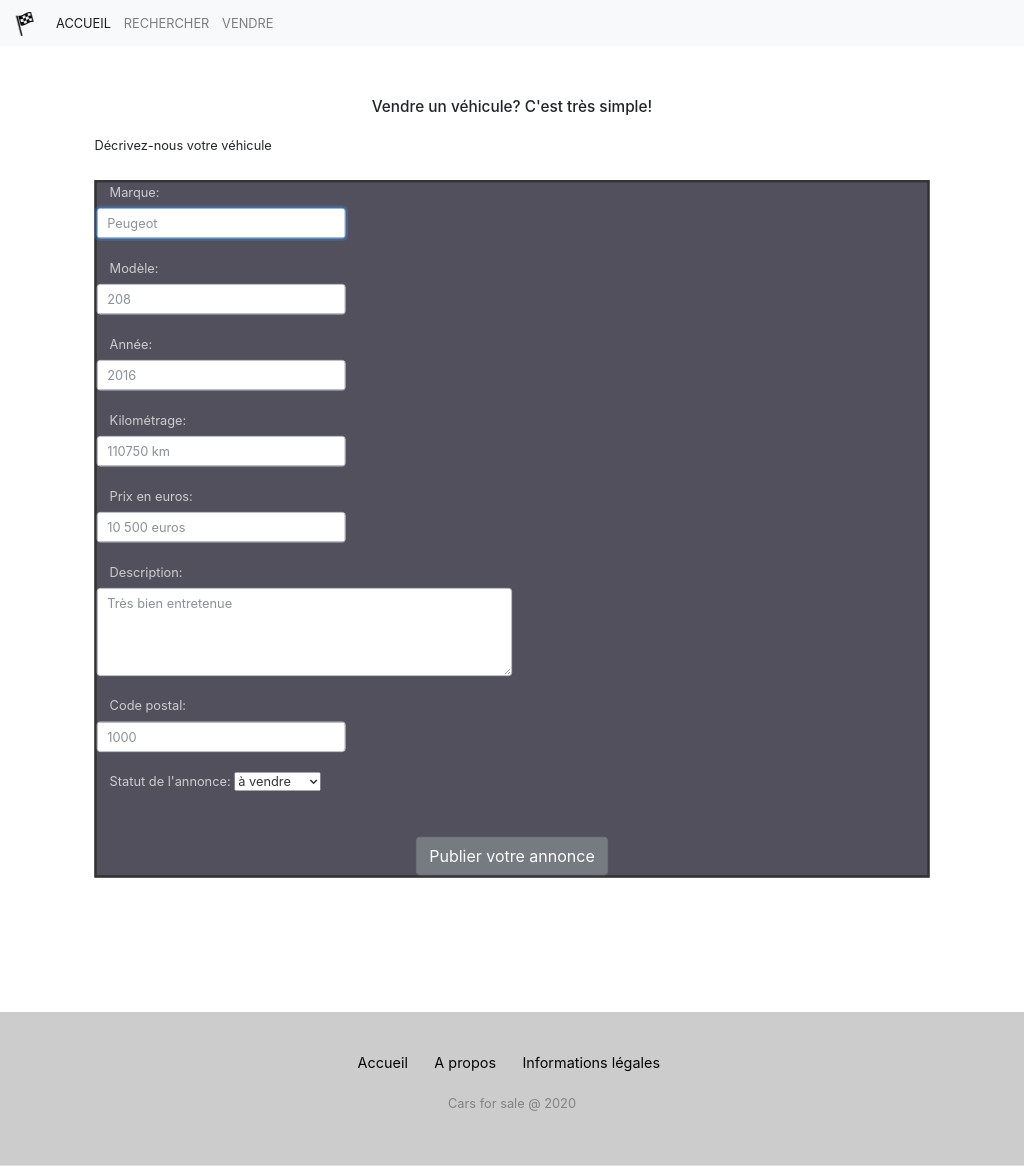
Repository: JonasvanHoorebeke/node_project_carforsale_final
Page: http://localhost/annonce/add
The author's editor kept a copy of each file at every save. The page is drawn from the files as they stood at one save, then again after the next save.
The browser window is 1280 px wide. The pictures show the whole page, at 80% of full size.
The page is served by the project's Node server (server.js).

Above is the page before, as saved 2020-08-26 09:53:21.

After the next save:
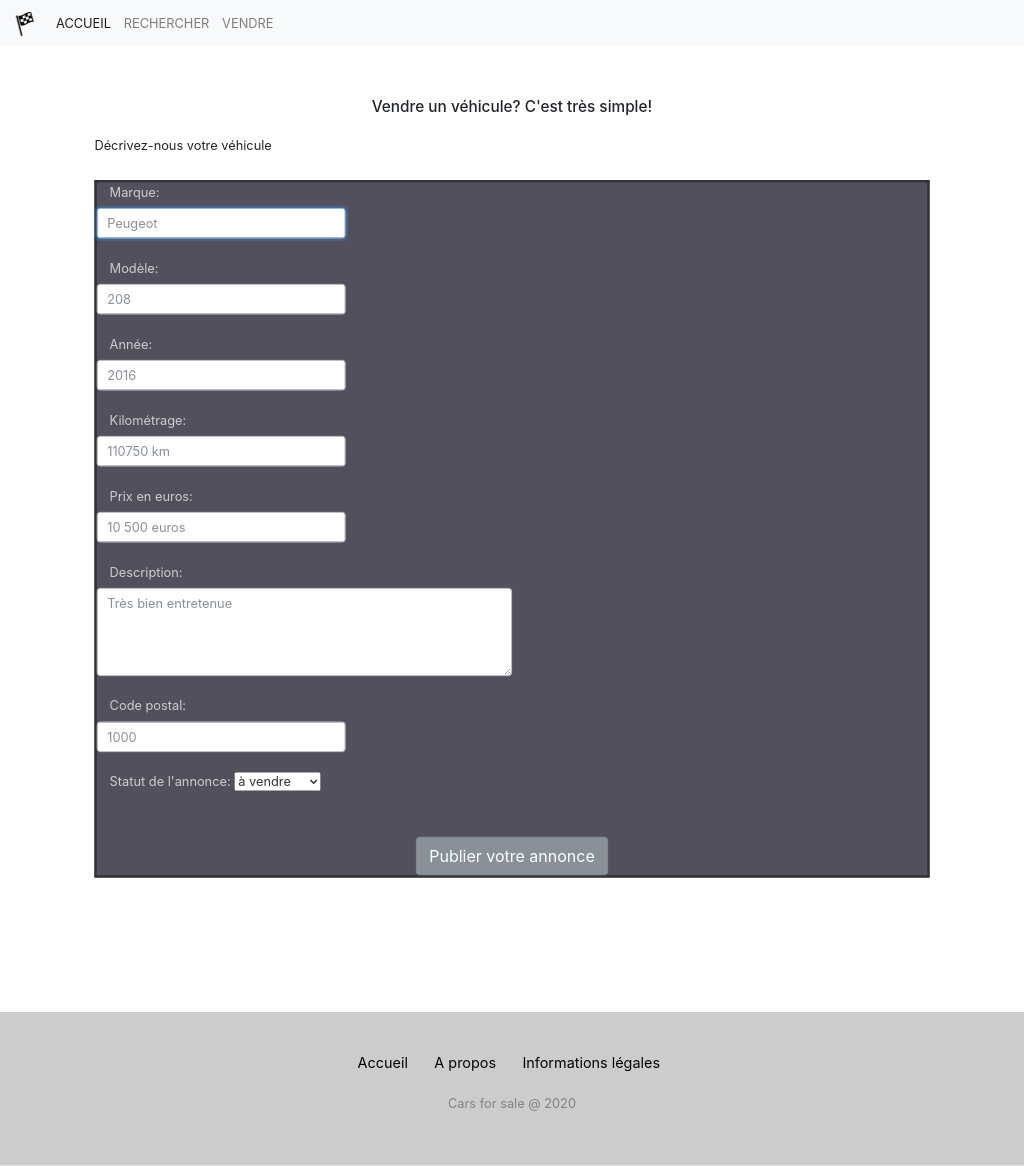
Saved 21 s later.
--- a/views/annonce_add.ejs
+++ b/views/annonce_add.ejs
@@ -58,7 +58,7 @@
     </div>
     </br>
     <div class="login">
-    <button type="submit" class="btn btn-secondary btn-lg active" class="login">Publier votre annonce</button>
+    <button type="submit" class="btn btn-secondary btn-lg " class="login">Publier votre annonce</button>
     </div>
 </form>
 

After the save that followed:
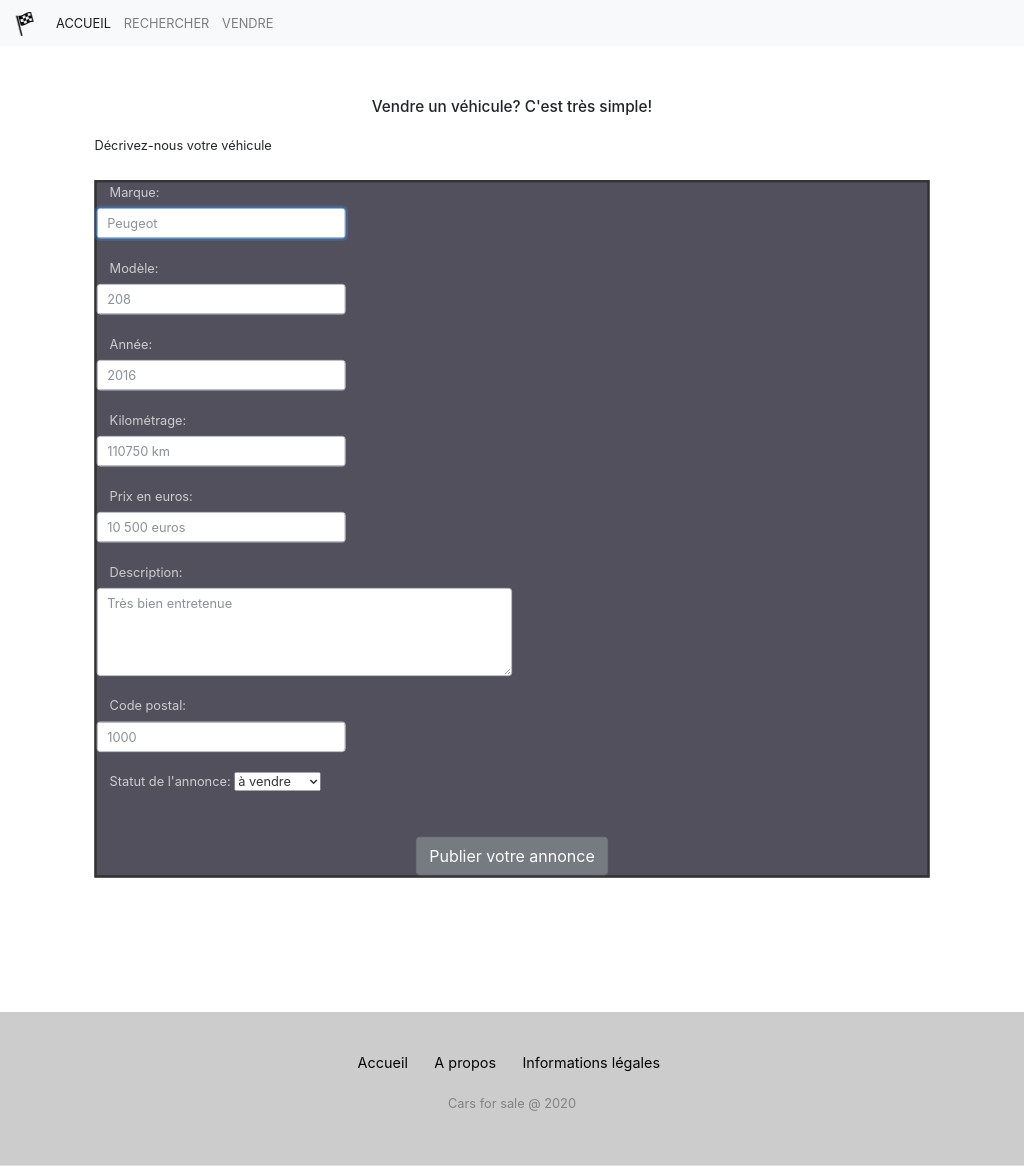
Saved 7 s later.
--- a/views/annonce_add.ejs
+++ b/views/annonce_add.ejs
@@ -58,7 +58,7 @@
     </div>
     </br>
     <div class="login">
-    <button type="submit" class="btn btn-secondary btn-lg " class="login">Publier votre annonce</button>
+    <button type="submit" class="btn btn-secondary btn-lg active" class="login">Publier votre annonce</button>
     </div>
 </form>
 
